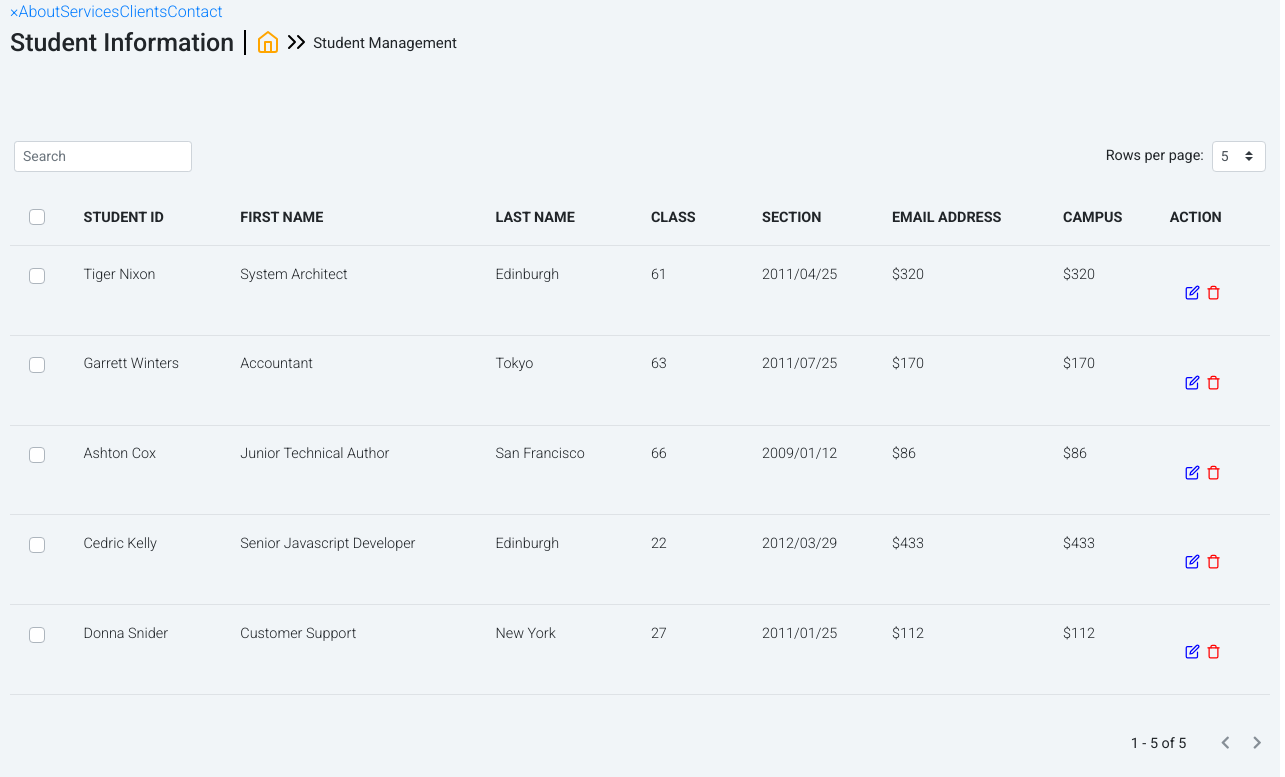
Repository: deepakrajput1998/hestabit_assignment
Page: /
An editor plug-in stored every save of this project. The page is shown before and after the next save, followed by the edit.
The browser window is 1280 px wide. The page is 1285 px wide, so the pictures cover 1285 px, including what lies to the right of the window. The pictures show the whole page.
The project was rebuilt for these pictures with package versions that can differ from the ones it lists, and the page was loaded fresh each time. Also part of the build but not shown: src/Component/Sidedrawer/Sidedrawer.module.css.

Above is the page before, as saved 2021-07-25 04:18:15.

### src/index.js
import React from 'react';
import ReactDOM from 'react-dom';
import './index.css';
import App from './App';
import reportWebVitals from './reportWebVitals';
import "@fortawesome/fontawesome-free/css/all.min.css";
import "bootstrap-css-only/css/bootstrap.min.css";
import "mdbreact/dist/css/mdb.css";
ReactDOM.render(
  <React.StrictMode>
    <App />
  </React.StrictMode>,
  document.getElementById('root')
);

// If you want to start measuring performance in your app, pass a function
// to log results (for example: reportWebVitals(console.log))
// or send to an analytics endpoint. Learn more: https://bit.ly/CRA-vitals
reportWebVitals();

### src/Pages/StudentListing/StudentListing.js
import React from 'react'
import classes from "./StudentListing.module.css";
import {Home ,ChevronRight} from 'react-feather'
import DataTable from '../../Component/Common/DataTable/DataTable';
import { Sidedrawer } from '../../Component/Sidedrawer/Sidedrawer';
import { useRef } from 'react';
const StudentListing = () => {
   const sideDrawerRef= useRef()
    return (
      <div>
        <Sidedrawer sideDrawerRef={sideDrawerRef} />
        <div className={classes.StudentListing_header}>
          <span className={classes.StudentListing_title}>
            Student Information
          </span>
          <div className={classes.StudentListing_seprator}></div>
          <span style={{ marginTop: "5px" }}>
            {" "}
            <Home color="orange" />
          </span>
          <span style={{ marginTop: "5px" }}>
            {" "}
            <ChevronRight color="black" />
            <ChevronRight style={{ marginLeft: "-15px" }} color="black" />
          </span>
          <span className={classes.StudentListing_title2}>
            Student Management
          </span>
        </div>
        <div className="">
          <DataTable />
        </div>
      </div>
    );
}

export default StudentListing

### src/Pages/StudentListing/StudentListing.module.css
.StudentListing_title{
    font-size: 25px;
    font-weight: 500;
}
.StudentListing_title2{
    font-size: 15px;
    font-weight: 400;
     margin-block: auto;
}
.StudentListing_seprator{
    height: 25px;
    width:2px;
    background-color: black;
    margin-block: auto;
    margin-inline: 10px;
}
.StudentListing_header{
    display: flex;
    margin-bottom: 5%;
}

### src/Component/Common/DataTable/DataTable.js
import React from "react";
import { MDBDataTableV5 } from "mdbreact";
import { Edit, Trash } from "react-feather";

export default function DataTable({...rest}) {
    function openNav() {
     rest.sideDrawerRef.current.style.width = "250px";
    }
  const [datatable, setDatatable] = React.useState({
    columns: [
      {
        label: "STUDENT ID",
        field: "sid",
        width: 150,
        attributes: {
          "aria-controls": "DataTable",
          "aria-label": "Name",
        },
      },
      {
        label: "FIRST NAME",
        field: "fname",
        width: 270,
      },
      {
        label: "LAST NAME",
        field: "lname",
        width: 270,
      },
      {
        label: "CLASS",
        field: "class",
        width: 200,
      },
      {
        label: "SECTION",
        field: "section",
        sort: "asc",
        width: 100,
      },
      {
        label: "EMAIL ADDRESS",
        field: "email",
        sort: "disabled",
        width: 150,
      },
      {
        label: "CAMPUS",
        field: "campus",
        sort: "disabled",
        width: 100,
      },
      {
        label: "ACTION",
        field: "action",
        sort: "disabled",
        width: 100,
      },
    ],
    rows: [
      {
        sid: "Tiger Nixon",
        fname: "System Architect",
        lname: "Edinburgh",
        class: "61",
        section: "2011/04/25",
        email: "$320",
        campus: "$320",
        action: (
          <td>
            <Edit style={{cursor:'pointer', marginInline:'3px'}} color='blue' size={15} />{" "}
            <Trash color='red' size={15} />
          </td>
        ),
      },
      {
        sid: "Garrett Winters",
        fname: "Accountant",
        lname: "Tokyo",
        class: "63",
        section: "2011/07/25",
        email: "$170",
        campus: "$170",
        action: (
          <td>
            <Edit style={{cursor:'pointer', marginInline:'3px'}} onClick={()=>{
                openNav()
            }} color='blue' size={15} /> <Trash color='red'  size={15} />
          </td>
        ),
      },
      {
        sid: "Ashton Cox",
        fname: "Junior Technical Author",
        lname: "San Francisco",
        class: "66",
        section: "2009/01/12",
        email: "$86",
        campus: "$86",
        action: (
          <td>
            <Edit style={{cursor:'pointer', marginInline:'3px'}} color='blue' size={15} /> <Trash color='red'  size={15} />
          </td>
        ),
      },
      {
        sid: "Cedric Kelly",
        fname: "Senior Javascript Developer",
        lname: "Edinburgh",
        class: "22",
        section: "2012/03/29",
        email: "$433",
        campus: "$433",
        action: (
          <td>
            <Edit style={{cursor:'pointer', marginInline:'3px'}} color='blue' size={15} /> <Trash color='red'  size={15} />
          </td>
        ),
      },

      {
        sid: "Donna Snider",
        fname: "Customer Support",
        lname: "New York",
        class: "27",
        section: "2011/01/25",
        email: "$112",
        campus: "$112",
        action: (
          <td>
            <Edit style={{cursor:'pointer', marginInline:'3px'}} color='blue' size={15} /> <Trash color='red'  size={15} />
          </td>
        ),
      },
    ],
  });
  const [checkbox1, setCheckbox1] = React.useState("");

  const showLogs2 = (e) => {
    setCheckbox1(e);
  };

  return (
    <>
      <MDBDataTableV5
        hover
        entriesOptions={[5, 20, 25]}
        entries={5}
        pagesAmount={4}
        data={datatable}
        checkbox
        headCheckboxID="id41"
        bodyCheckboxID="checkboxes41"
        getValueCheckboxes={(e) => {
          showLogs2(e);
        }}
        getValueAllCheckBoxes={(e) => {
          showLogs2(e);
        }}
        multipleCheckboxes
        filledCheckboxes
        pagingTop
        searchTop
        searchBottom={false}

      />
    </>
  );
}

### src/Component/Sidedrawer/Sidedrawer.js
import React from 'react'
import classes from "./Sidedrawer.module.css";

export const Sidedrawer = ({onOpenClick,...rest}) => {


    function closeNav() {
      document.getElementById("mySidenav").style.width = "0";
    }
    return (
      <div>
        <div ref={rest.sideDrawerRef} id="mySidenav" className="sidenav">
          <a
            href="javascript:void(0)"
            className={classes.closebtn}
            onclick={() => {
              closeNav();
            }}
          >
            &times;
          </a>
          <a href="#">About</a>
          <a href="#">Services</a>
          <a href="#">Clients</a>
          <a href="#">Contact</a>
        </div>
      </div>
    );
}

Loaded but not shown: public/index.html (common file); src/index.css (common file); src/App.js (common file); src/reportWebVitals.js (common file); src/App.css (common file)

After the next save:
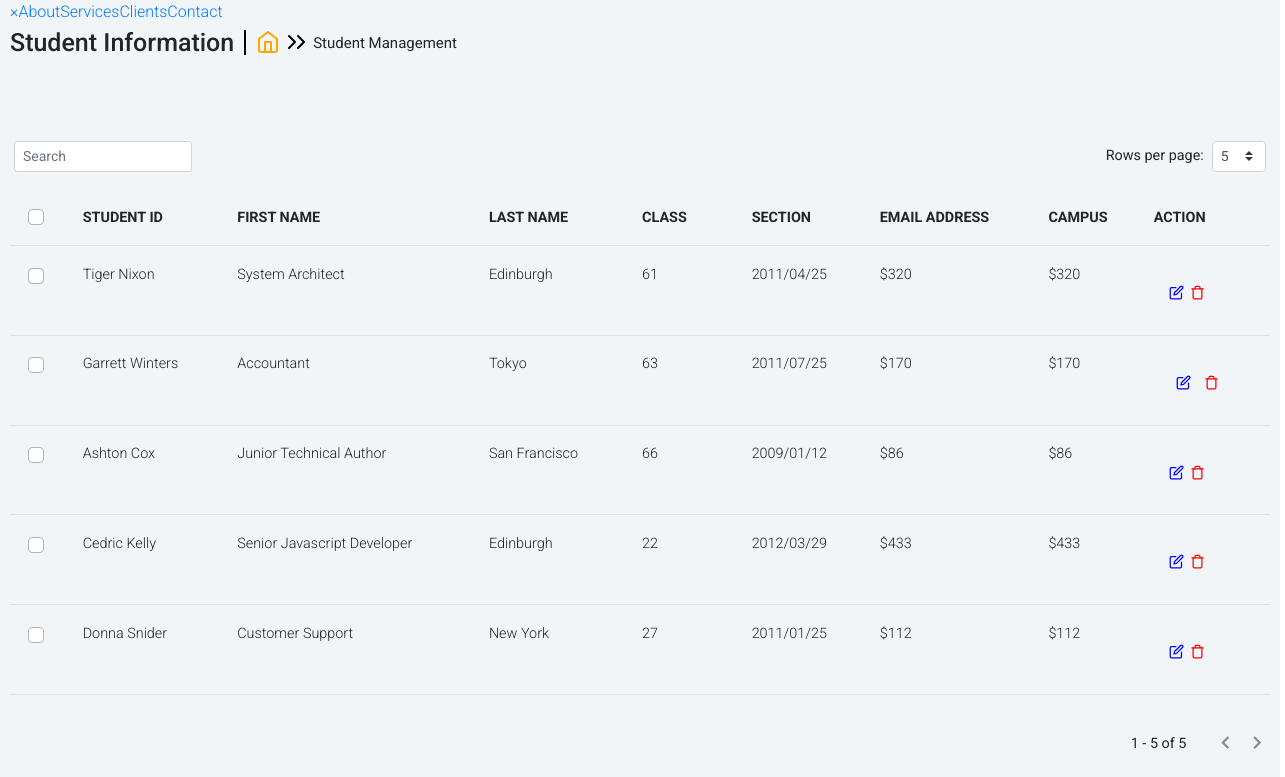
Saved 65 s later.
--- a/src/Component/Common/DataTable/DataTable.js
+++ b/src/Component/Common/DataTable/DataTable.js
@@ -83,7 +83,7 @@ export default function DataTable({...rest}) {
         campus: "$170",
         action: (
           <td>
-            <Edit style={{cursor:'pointer', marginInline:'3px'}} onClick={()=>{
+            <Edit style={{cursor:'pointer', marginInline:'10px'}} onClick={()=>{
                 openNav()
             }} color='blue' size={15} /> <Trash color='red'  size={15} />
           </td>
